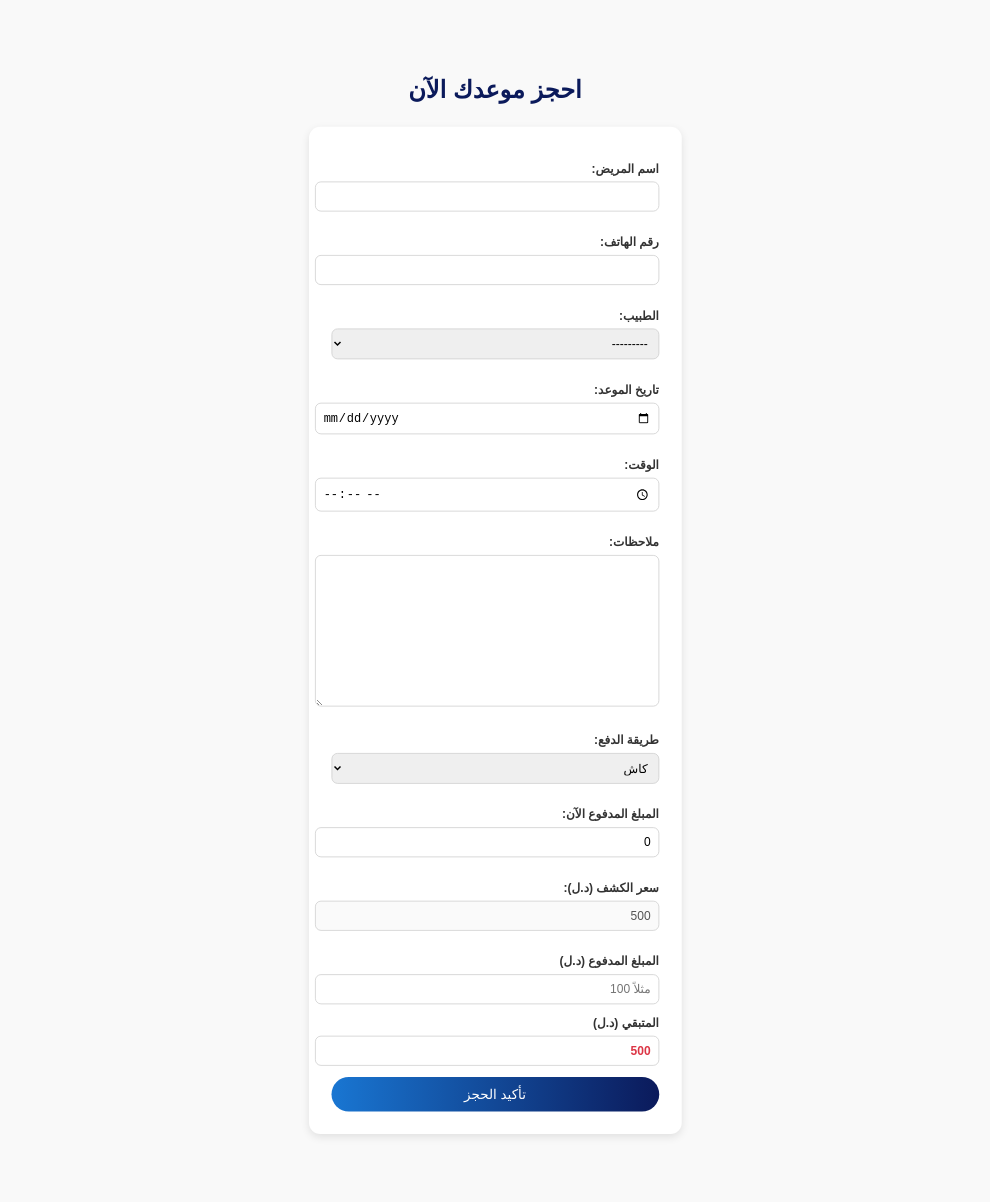
Repository: mysite4/s
Page: http://localhost/booking/?doctor=Reem
An editor plug-in stored every save of this project. The page is shown before and after the next save, followed by the edit.
The browser window is 1280 px wide. The page is 1320 px wide, so the pictures cover 1320 px, including what lies to the right of the window. The pictures show the whole page, at 75% of full size.
Some web fonts or font styles are not loaded; a fallback is used. The page is served by the project's application, run on Django 5.2 (manage.py). Queries for data that is not in the repository find no rows.

Above is the page before, as saved 2025-11-26 23:55:19.

After the next save:
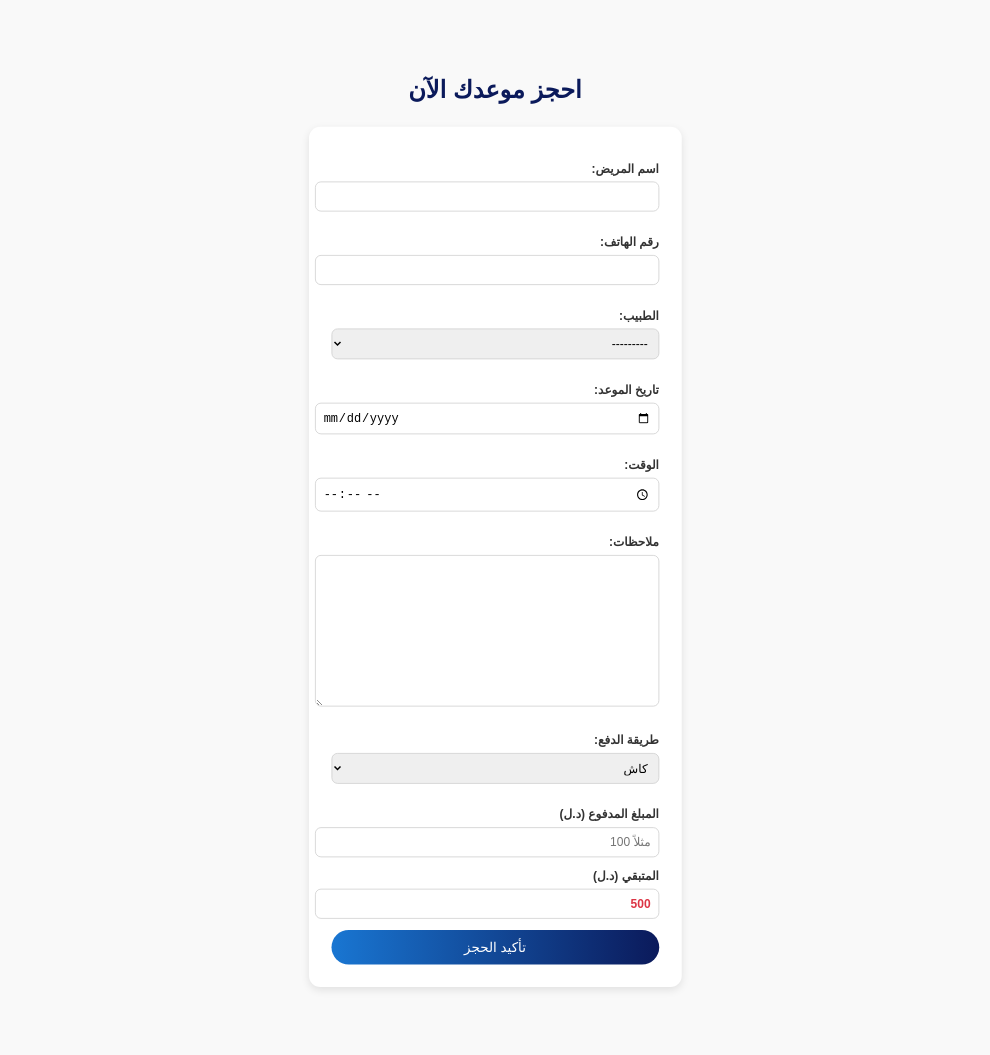
Saved 5 min 10 s later.
--- a/main/forms.py
+++ b/main/forms.py
@@ -3,14 +3,12 @@ from .models import Appointment, Patient
 
 # ---------------- Appointment Form ----------------
 class AppointmentForm(forms.ModelForm):
-    # حقول إضافية غير موجودة في الموديل مباشرة
     PAYMENT_CHOICES = (
         ("cash", "كاش"),
         ("card", "بطاقة"),
         ("not_paid", "غير مدفوع"),
     )
     payment_method = forms.ChoiceField(choices=PAYMENT_CHOICES, label="طريقة الدفع")
-    paid_amount = forms.DecimalField(label="المبلغ المدفوع الآن", max_digits=10, decimal_places=2, initial=0)
 
     class Meta:
         model = Appointment
@@ -20,17 +18,6 @@ class AppointmentForm(forms.ModelForm):
             'time': forms.TimeInput(attrs={'type': 'time'}),
         }
 
-    def __init__(self, *args, **kwargs):
-        super().__init__(*args, **kwargs)
-        # جعل سعر الكشف ثابت عند 500 د.ل
-        self.fields['service_price'] = forms.DecimalField(
-            label="سعر الكشف (د.ل)",
-            max_digits=10,
-            decimal_places=2,
-            initial=500,
-            disabled=True
-        )
-
 # ---------------- Patient Form ----------------
 class PatientForm(forms.ModelForm):
     class Meta:
